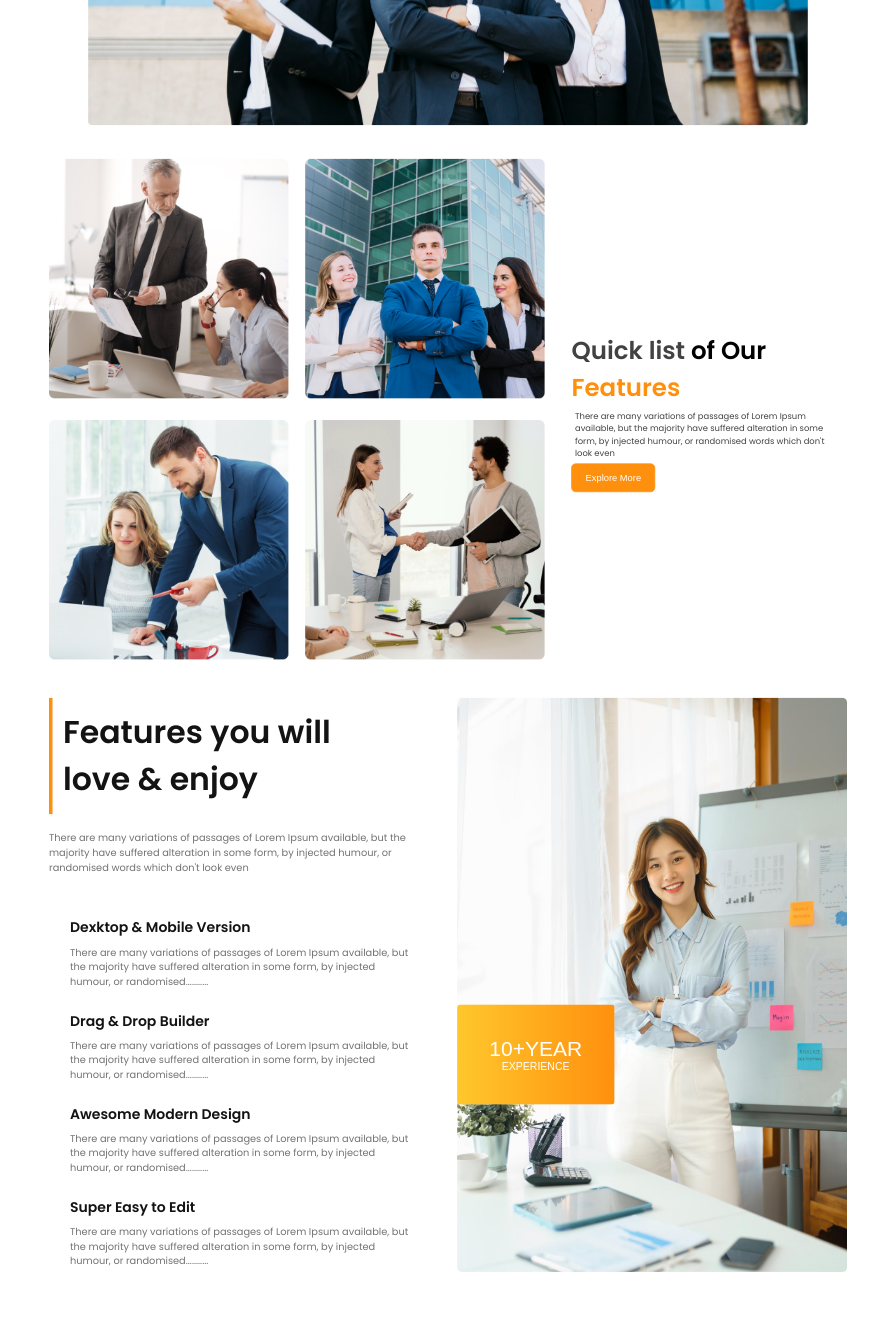
Repository: mdrubel02/G3_Architects
Page: index.html
These files come from the project's save history. The page is drawn as it stood at one moment and after the next save; the edit follows.
The browser window is 1280 px wide. The pictures show the part of the page from y = 750 to 2670 px (the page is 2670 px tall), at 70% of full size.

Above is the page before, as saved 2023-01-15 10:21:12.

After the next save:
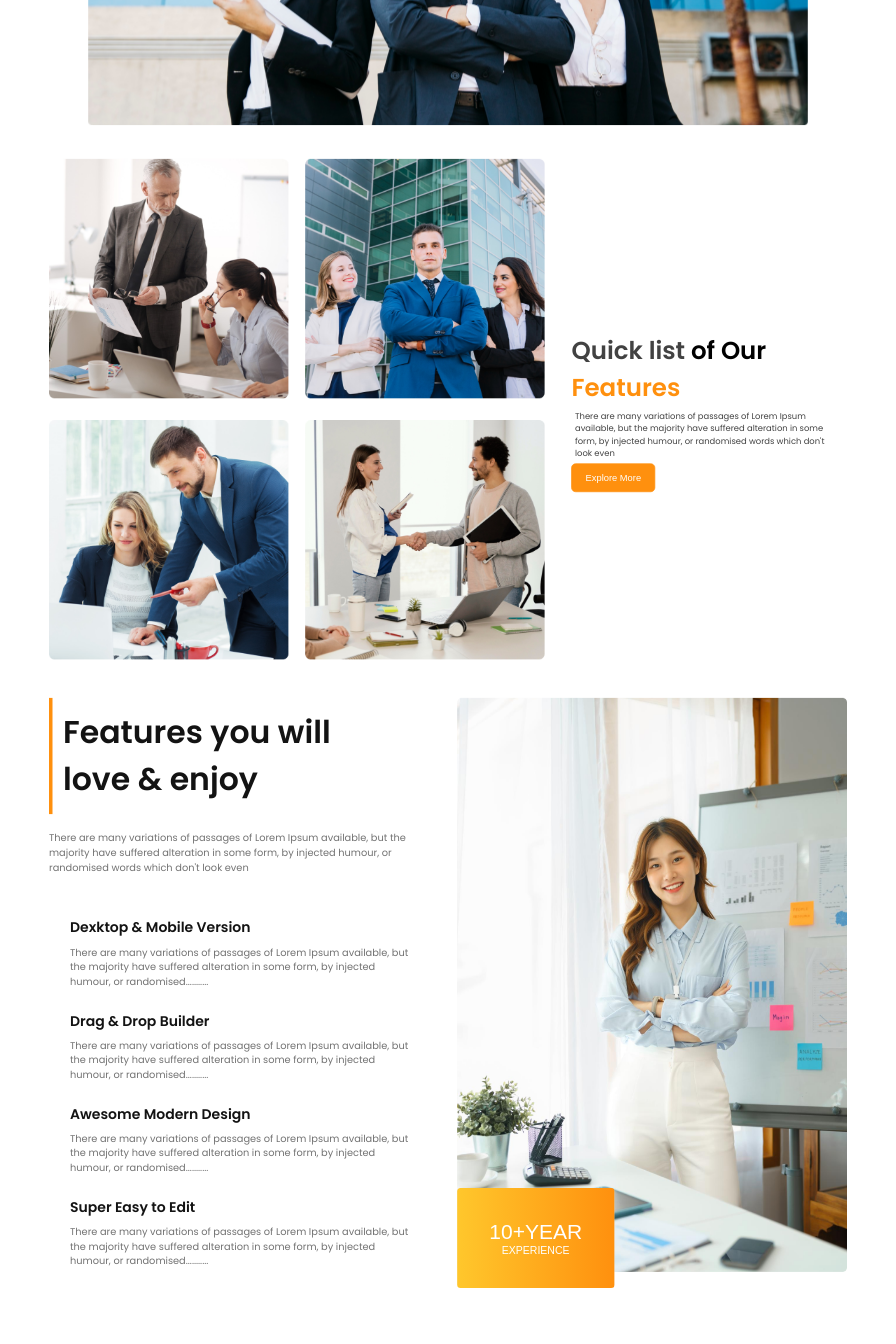
Saved 16 s later.
--- a/style.css
+++ b/style.css
@@ -216,7 +216,7 @@
     background-image: linear-gradient(90deg, #FFC72C, #FF900E);
     cursor: pointer;
     position: absolute;
-    top: 50%;
+    top: 80%;
     left: 0;
 }
 .experience_btn a{
